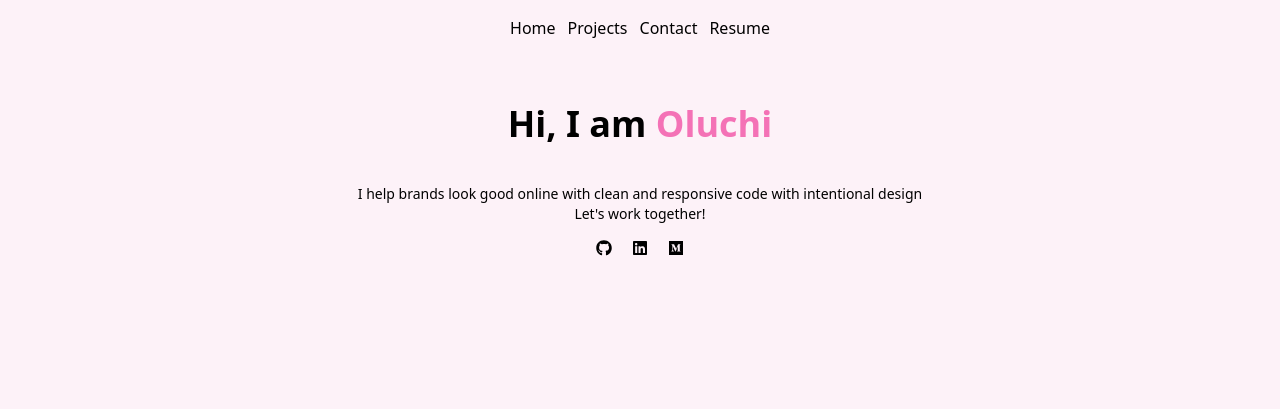
Repository: ooluchi/portfolio_
Page: / (app in my-react-app/)
These files come from the project's save history. The page is drawn as it stood at one moment and after a run of saves; the edit follows.
The browser window is 1280 px wide. The pictures show the whole page.
The project was rebuilt for these pictures with package versions that can differ from the ones it lists, and the page was loaded fresh each time. Also part of the build but not shown: my-react-app/vite.config.ts.

Above is the page before, as saved 2025-11-20 19:30:33.

After the next 4 saves:
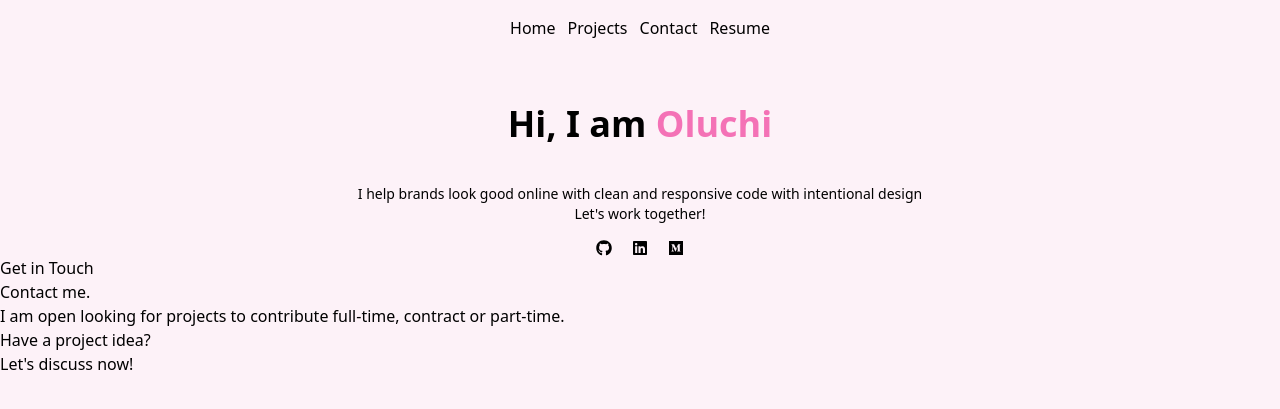
The 4 saves are shown as one change because 1 did not build or start and some came seconds apart.
The last was saved 67 s later.
--- a/my-react-app/src/App.tsx
+++ b/my-react-app/src/App.tsx
@@ -2,6 +2,7 @@
 import './index.css'
 import Home from './components/Home'
 import NavBar from './components/NavBar'
+import Contact from './components/Contact'
 
 export default function App() {
 
@@ -9,6 +10,7 @@ export default function App() {
     <div className=''>
     <NavBar />
     <Home />
+    <Contact />
     </div>
   )
 }
